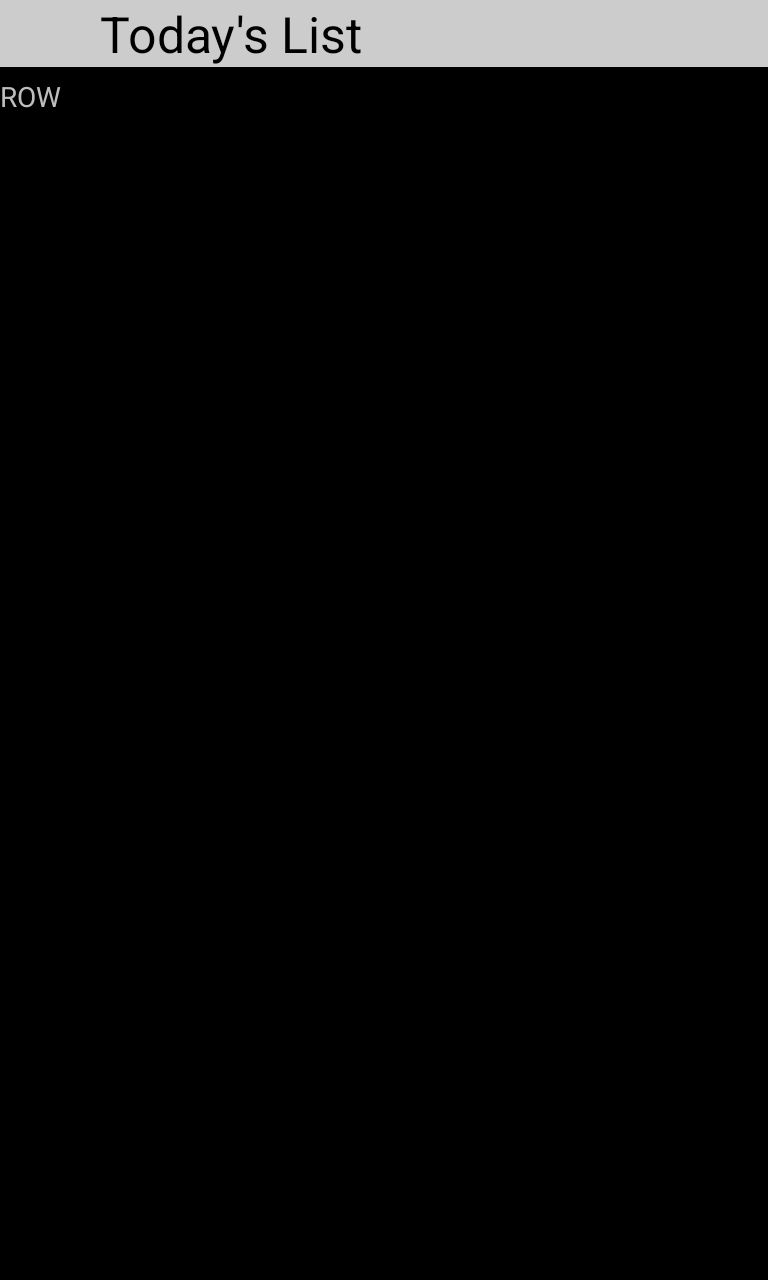
Repository: adatta02/comp194ma
Layout: hello_world/res/layout/main.xml
An editor plug-in stored every save of this project. The layout is shown before and after the next save, followed by the edit.
It is drawn on a 768 x 1280 px phone screen (xhdpi) without system bars, with theme android:Theme; the app's code is not run.

Above is the layout before, as saved 2009-02-03 05:18:27.

### hello_world/res/layout/main.xml
<?xml version="1.0" encoding="utf-8"?>
<LinearLayout xmlns:android="http://schemas.android.com/apk/res/android"
    android:orientation="vertical"
    android:layout_width="fill_parent"
    android:layout_height="fill_parent"
    >

<TextView android:id="@+id/TextView01" android:layout_height="wrap_content" android:text="Today's List" android:textSize="25sp" android:background="#cccccc" android:textColor="#000000" android:paddingLeft="100px" android:layout_width="fill_parent"></TextView>
<TableLayout android:id="@+id/TableLayout01" android:layout_width="fill_parent" android:layout_height="fill_parent" android:layout_marginTop="10px"><TableRow android:id="@+id/TableRow01" android:layout_height="fill_parent" android:layout_width="fill_parent"><TextView android:id="@+id/TextView02" android:text="ROW" android:layout_height="fill_parent" android:layout_width="fill_parent"></TextView>
</TableRow>
</TableLayout>
</LinearLayout>

After the next save:
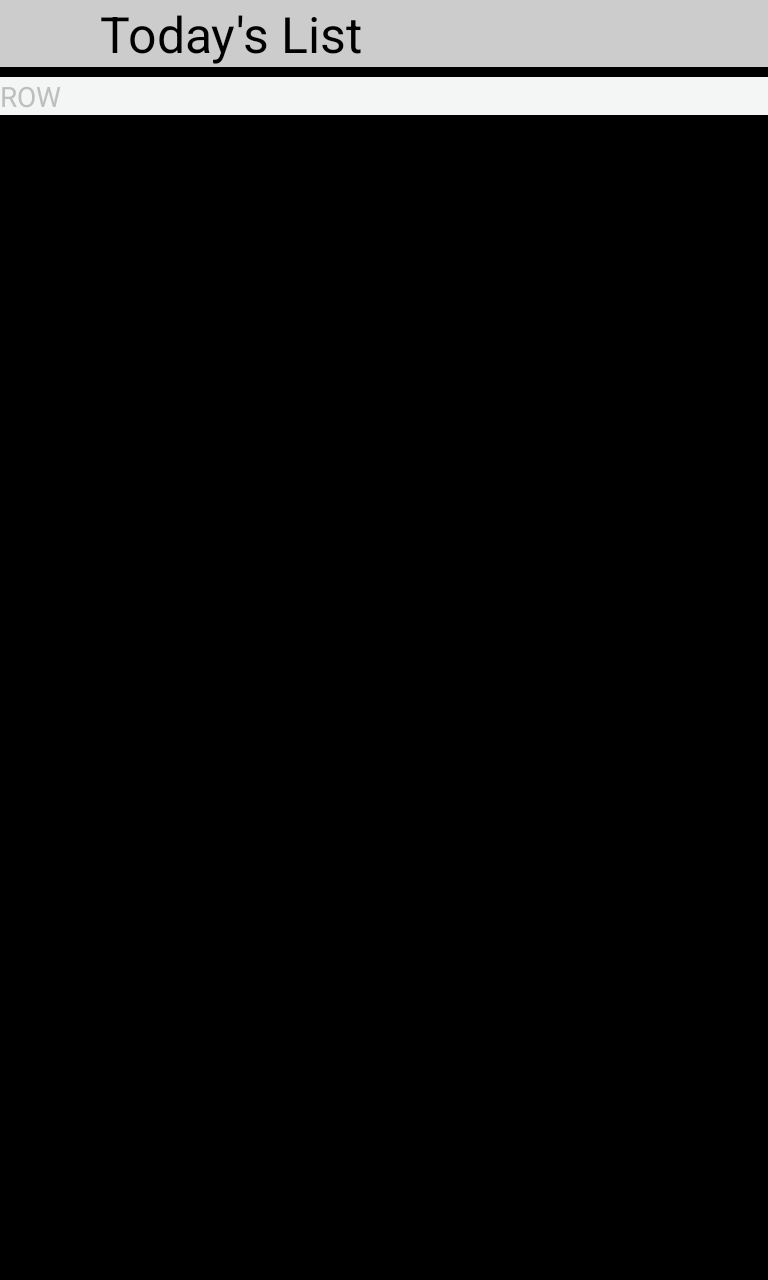
Saved 20 s later.
--- a/hello_world/res/layout/main.xml
+++ b/hello_world/res/layout/main.xml
@@ -6,7 +6,7 @@
     >
 
 <TextView android:id="@+id/TextView01" android:layout_height="wrap_content" android:text="Today's List" android:textSize="25sp" android:background="#cccccc" android:textColor="#000000" android:paddingLeft="100px" android:layout_width="fill_parent"></TextView>
-<TableLayout android:id="@+id/TableLayout01" android:layout_width="fill_parent" android:layout_height="fill_parent" android:layout_marginTop="10px"><TableRow android:id="@+id/TableRow01" android:layout_height="fill_parent" android:layout_width="fill_parent"><TextView android:id="@+id/TextView02" android:text="ROW" android:layout_height="fill_parent" android:layout_width="fill_parent"></TextView>
+<TableLayout android:id="@+id/TableLayout01" android:layout_width="fill_parent" android:layout_height="fill_parent" android:layout_marginTop="10px"><TableRow android:id="@+id/TableRow01" android:layout_height="fill_parent" android:layout_width="fill_parent" android:background="#F4F6F6"><TextView android:id="@+id/TextView02" android:text="ROW" android:layout_height="fill_parent" android:layout_width="fill_parent"></TextView>
 </TableRow>
 </TableLayout>
 </LinearLayout>
